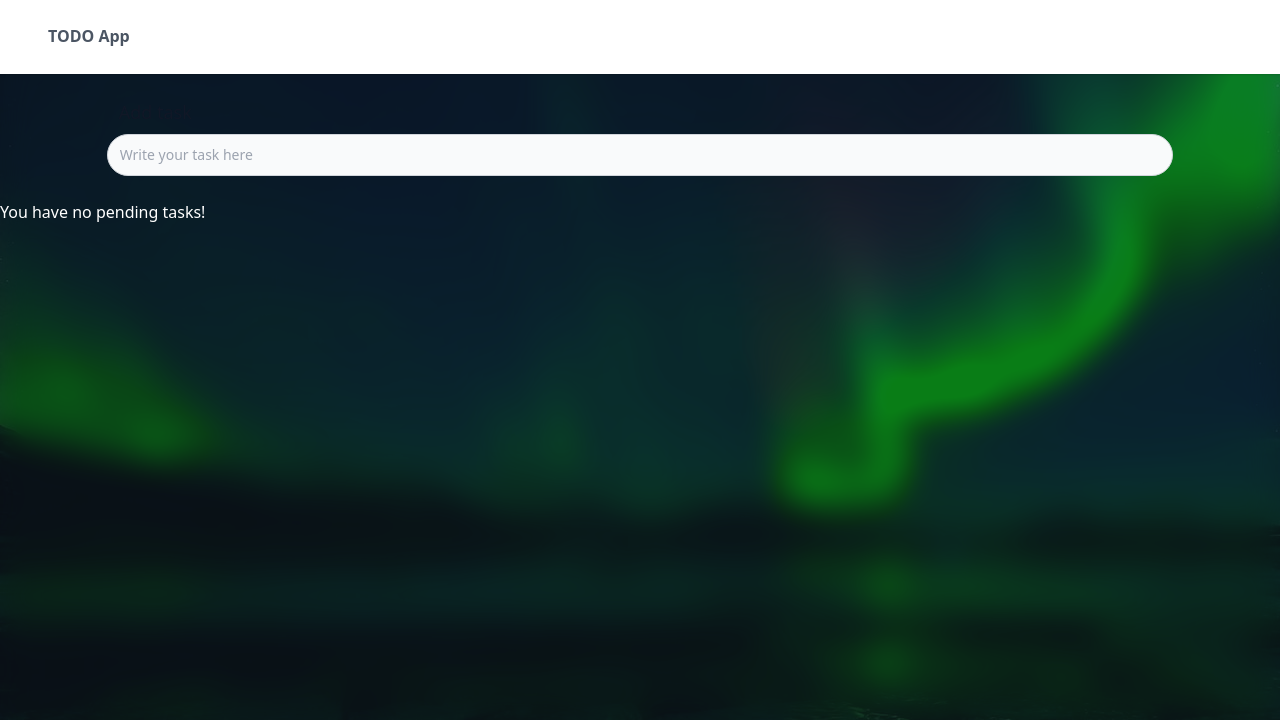
Repository: mikelCabezas/angular-exercices
Page: / (app in TODO/)
An editor plug-in stored every save of this project. The page is shown before and after the next save, followed by the edit.
The browser window is 1280 px wide. The pictures show the whole page.
The project was rebuilt for these pictures with package versions that can differ from the ones it lists, and the page was loaded fresh each time. Also part of the build but not shown: TODO/angular.json.

Above is the page before, as saved 2023-09-14 23:31:00.

After the next save:
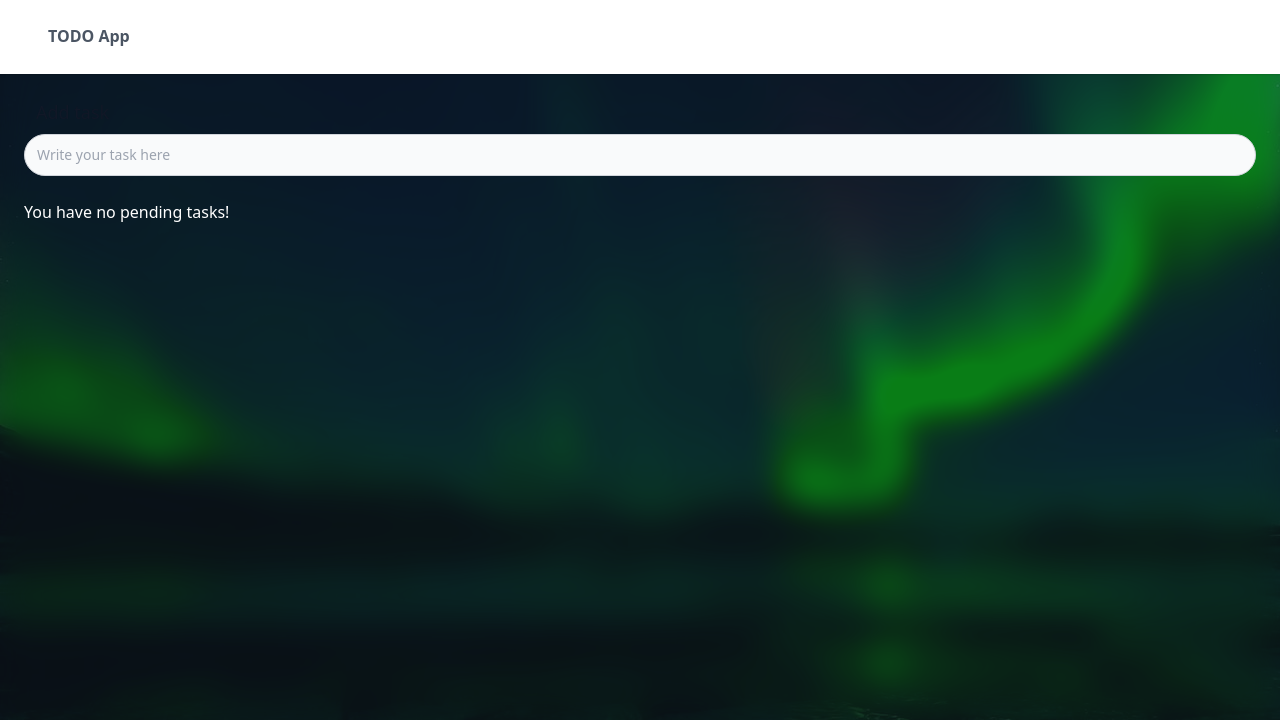
Saved 20 s later.
--- a/TODO/src/app/components/tasks/tasks.component.html
+++ b/TODO/src/app/components/tasks/tasks.component.html
@@ -1,6 +1,6 @@
 <div class="container flex justify-center w-full mx-auto">
-    <div class="row w-full">
-        <div class="form w-10/12 mx-auto mt-6">
+    <div class="row w-full px-6">
+        <div class="form w-full mx-auto mt-6">
             <label for="first_name" class="block mb-2 text-lg pl-3 font-medium text-gray-900 dark:text-white">Add task</label>
             <input
                 [(ngModel)]="taskName"
